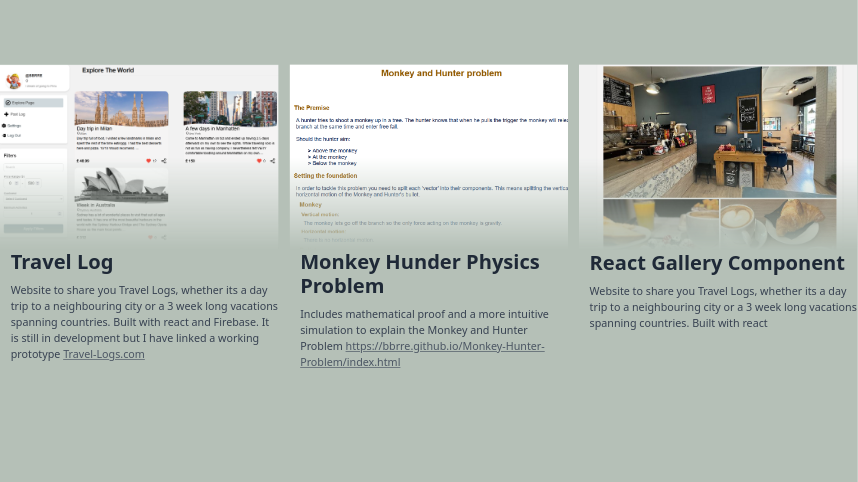
Repository: BBRRE/Portfolio-V2
Page: /#/Computer-Sci
The author's editor kept a copy of each file at every save. The page is drawn from the files as they stood at one save, then again after the next save.
The browser window is 1280 px wide. The pictures show the whole page, at 67% of full size.
Some web fonts or font styles are not loaded; a fallback is used. The project was rebuilt for these pictures with package versions that can differ from the ones it lists, and the page was loaded fresh each time. Also part of the build but not shown: vite.config.js, src/Subjects/Archi.jsx, src/Subjects/EEng.jsx, src/Subjects/Other.jsx, src/Projects Overview.jsx, src/HomePage.jsx, src/ErrorBoundary.jsx.

Above is the page before, as saved 2024-11-29 09:17:25.

After the next save:
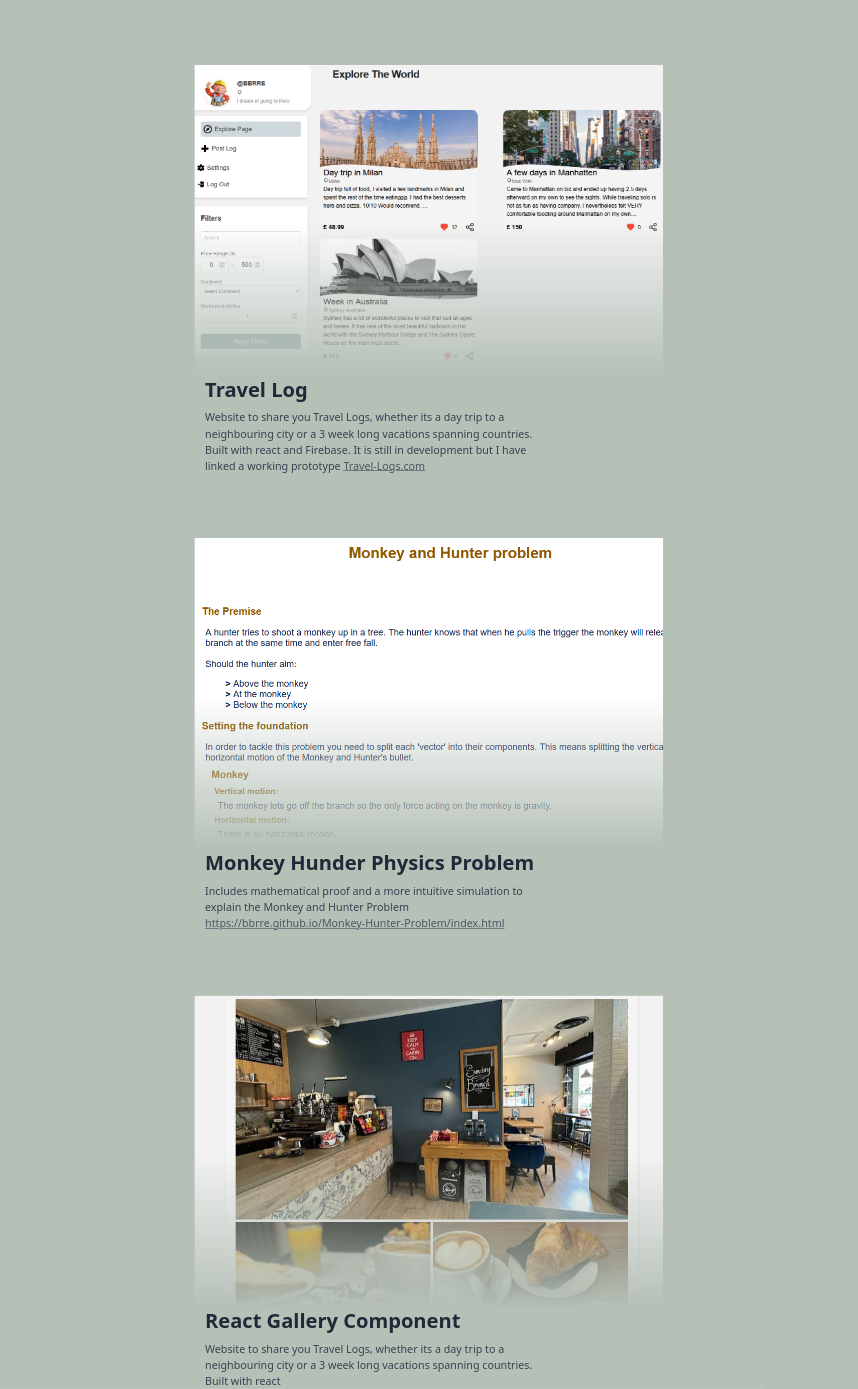
Saved 20 s later.
--- a/src/Subjects/CompSci.jsx
+++ b/src/Subjects/CompSci.jsx
@@ -5,7 +5,7 @@ import tr from '../assets/tra.png'
 
 const CompSci = () => {
   return (
-    <div className='bg-[#B5C0B7] w-full h-auto min-h-screen flex gap-4'>
+    <div className='bg-[#B5C0B7] w-full h-auto min-h-screen grid grid-cols-1'>
       <div className='flex flex-col mx-auto mt-24 w-[700px]'>
         <img src={cs} style={{ WebkitMaskImage: 'linear-gradient(to top, transparent 0%, black 50%)' }} />
         <div className="  flex flex-col ml-4 gap-3 justify-center">
